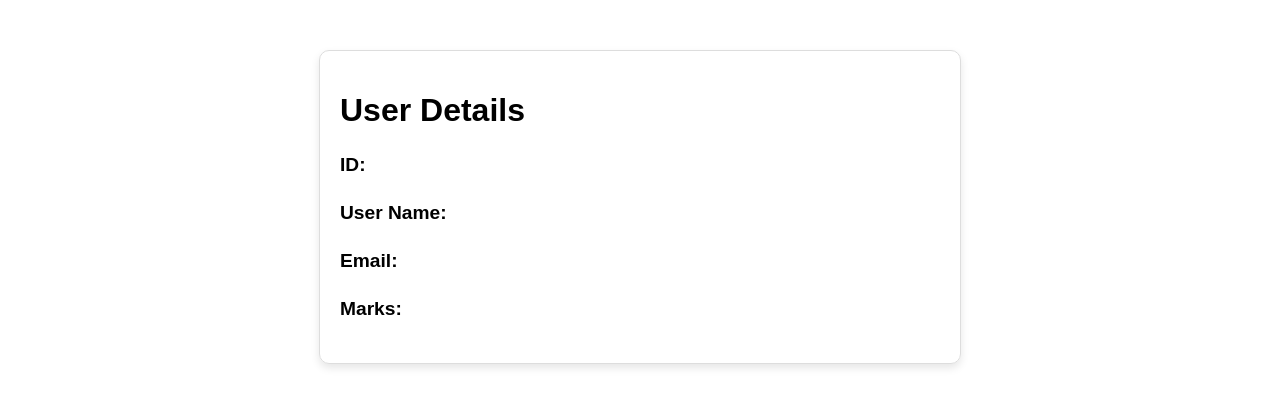
Repository: chetanchavan30/Optifyx
Page: http://localhost/OnlineExaminationSystem/view.jsp
An editor plug-in stored every save of this project. The page is shown before and after the next save, followed by the edit.
The browser window is 1280 px wide. The pictures show the whole page.
The page is served by Tomcat 10. Other server files are loaded and not shown.

Above is the page before, as saved 2025-01-25 19:23:14.

### OnlineExaminationSystem/src/main/webapp/view.jsp
<!DOCTYPE html>
<html lang="en">
<head>
    <meta charset="UTF-8">
    <meta name="viewport" content="width=device-width, initial-scale=1.0">
    <title>User Details</title>
    <style>
        .container-details {
            max-width: 600px;
            margin: 50px auto;
            padding: 20px;
            border: 1px solid #ddd;
            border-radius: 10px;
            box-shadow: 0 4px 8px rgba(0, 0, 0, 0.1);
            font-family: Arial, sans-serif;
        }
        .container h1 {
            text-align: center;
        }
        .user-details {
            margin-top: 20px;
        }
        .user-details p {
            font-size: 1.2rem;
            line-height: 1.5;
        }
    </style>
</head>
<body>
    <div class="container-details">
        <h1>User Details</h1>
        <div class="user-details">
            <p><strong>ID:</strong> ${user.uId}</p>
            <p><strong>User Name:</strong> ${user.userName}</p>
            <p><strong>Email:</strong> ${user.email}</p>
            <p><strong>Marks:</strong> ${user.marks}</p>
        </div>
    </div>
</body>
</html>

After the next save:
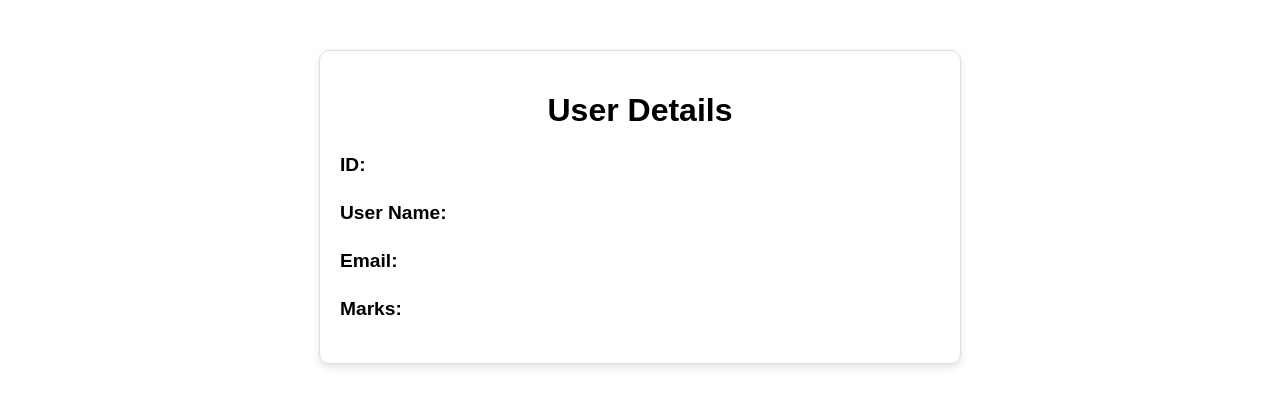
Saved 56 s later.
--- a/OnlineExaminationSystem/src/main/webapp/view.jsp
+++ b/OnlineExaminationSystem/src/main/webapp/view.jsp
@@ -14,7 +14,7 @@
             box-shadow: 0 4px 8px rgba(0, 0, 0, 0.1);
             font-family: Arial, sans-serif;
         }
-        .container h1 {
+        .container-details h1 {
             text-align: center;
         }
         .user-details {
